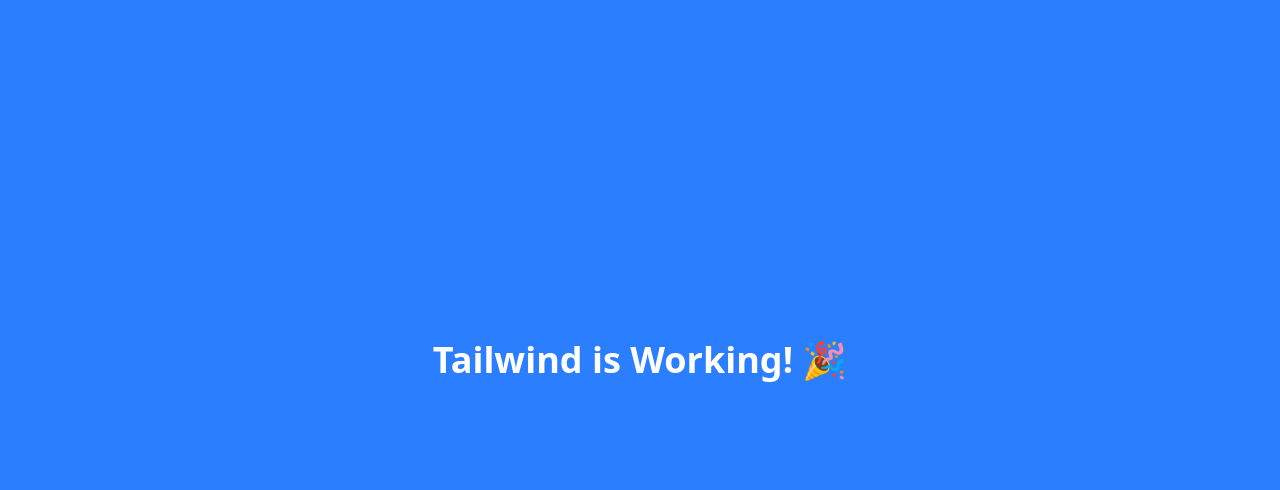
Repository: Subhashree-Nayak507/social_deployment
Page: / (app in client/)
These files come from the project's save history. The page is drawn as it stood at one moment and after the next save; the edit follows.
The browser window is 1280 px wide. The pictures show the whole page.
The project was rebuilt for these pictures with package versions that can differ from the ones it lists, and the page was loaded fresh each time. Also part of the build but not shown: client/vite.config.js.

Above is the page before, as saved 2025-02-09 21:25:14.

After the next save:
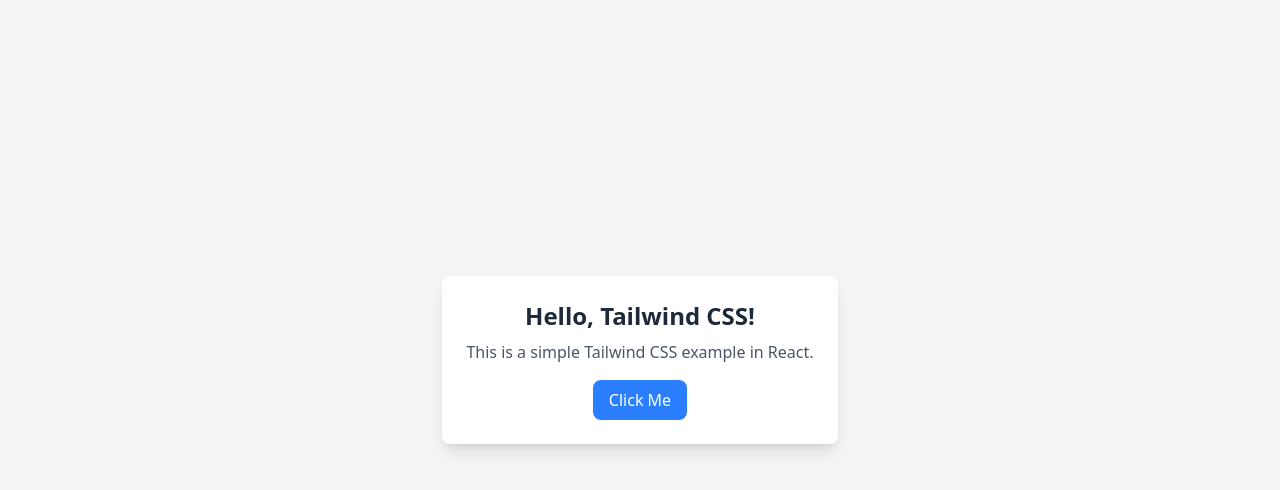
Saved 2 min 4 s later.
--- a/client/src/App.jsx
+++ b/client/src/App.jsx
@@ -1,7 +1,17 @@
-export default function App() {
+import React from "react";
+
+const App = () => {
   return (
-    <div className="min-h-screen flex justify-center items-center bg-blue-500 text-white">
-      <h1 className="text-4xl font-bold bg-red text-blue">Tailwind is Working! 🎉</h1>
+    <div className="flex items-center justify-center min-h-screen bg-gray-100">
+      <div className="bg-white p-6 rounded-lg shadow-lg text-center">
+        <h1 className="text-2xl font-bold text-gray-800">Hello, Tailwind CSS!</h1>
+        <p className="text-gray-600 mt-2">This is a simple Tailwind CSS example in React.</p>
+        <button className="mt-4 px-4 py-2 bg-blue-500 text-white rounded-lg hover:bg-blue-600">
+          Click Me
+        </button>
+      </div>
     </div>
   );
-}
+};
+
+export default App;
